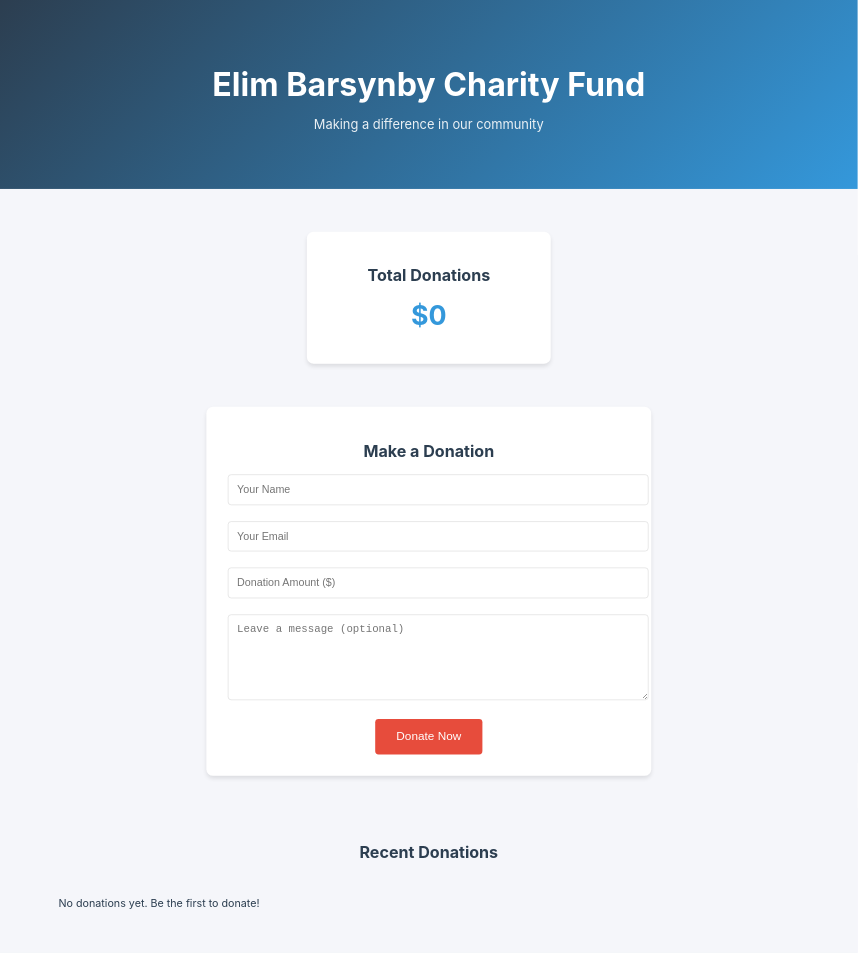
Repository: krmvz/elimbarsynby-
Page: / (app in elim-barsynby-charity/)
An editor plug-in stored every save of this project. The page is shown before and after a run of saves, followed by the edit.
The browser window is 1280 px wide. The pictures show the whole page, at 67% of full size.
The page's requests for data from a server got no answer. The project was rebuilt for these pictures with package versions that can differ from the ones it lists, and the page was loaded fresh each time. No one was signed in, and anything a server would have sent is missing.

Above is the page before, as saved 2025-06-17 17:47:37.

### elim-barsynby-charity/public/index.html
<!DOCTYPE html>
<html lang="en">
  <head>
    <meta charset="utf-8" />
    <link rel="icon" href="%PUBLIC_URL%/favicon.ico" />
    <meta name="viewport" content="width=device-width, initial-scale=1" />
    <meta name="theme-color" content="#2c3e50" />
    <meta
      name="description"
      content="Elim Barsynby Charity Fund - Making a difference in our community through your generous donations"
    />
    <link rel="apple-touch-icon" href="%PUBLIC_URL%/logo192.png" />
    <link rel="manifest" href="%PUBLIC_URL%/manifest.json" />
    <title>Elim Barsynby Charity Fund</title>
  </head>
  <body>
    <noscript>You need to enable JavaScript to run this app.</noscript>
    <div id="root"></div>
  </body>
</html>

### elim-barsynby-charity/src/App.tsx
import React, { useState, useEffect } from 'react';
import './App.css';

interface Donation {
  _id: string;
  donor: string;
  amount: number;
  message?: string;
  date: string;
}

function App() {
  const [donations, setDonations] = useState<Donation[]>([]);
  const [totalDonations, setTotalDonations] = useState<number>(0);
  const [formData, setFormData] = useState({
    donor: '',
    amount: '',
    message: '',
    email: ''
  });

  useEffect(() => {
    fetchDonations();
    fetchTotalDonations();
  }, []);

  const fetchDonations = async () => {
    try {
      const response = await fetch('http://localhost:5000/api/donations');
      if (!response.ok) {
        throw new Error('Failed to fetch donations');
      }
      const data = await response.json();
      setDonations(Array.isArray(data) ? data : []);
    } catch (error) {
      console.error('Error fetching donations:', error);
      setDonations([]);
    }
  };

  const fetchTotalDonations = async () => {
    try {
      const response = await fetch('http://localhost:5000/api/donations/total');
      if (!response.ok) {
        throw new Error('Failed to fetch total donations');
      }
      const data = await response.json();
      setTotalDonations(data.total || 0);
    } catch (error) {
      console.error('Error fetching total donations:', error);
      setTotalDonations(0);
    }
  };

  const handleSubmit = async (e: React.FormEvent) => {
    e.preventDefault();
    try {
      const response = await fetch('http://localhost:5000/api/donations', {
        method: 'POST',
        headers: {
          'Content-Type': 'application/json',
        },
        body: JSON.stringify(formData),
      });
      if (!response.ok) {
        throw new Error('Failed to submit donation');
      }
      setFormData({ donor: '', amount: '', message: '', email: '' });
      fetchDonations();
      fetchTotalDonations();
    } catch (error) {
      console.error('Error submitting donation:', error);
    }
  };

  const handleChange = (e: React.ChangeEvent<HTMLInputElement | HTMLTextAreaElement>) => {
    setFormData({
      ...formData,
      [e.target.name]: e.target.value
    });
  };

  return (
    <div className="App">
      <header className="hero">
        <h1>Elim Barsynby Charity Fund</h1>
        <p>Making a difference in our community</p>
      </header>

      <section className="donation-stats">
        <div className="stat-card">
          <h2>Total Donations</h2>
          <p className="amount">${totalDonations.toLocaleString()}</p>
        </div>
      </section>

      <section className="donation-form">
        <h2>Make a Donation</h2>
        <form onSubmit={handleSubmit}>
          <div className="form-group">
            <input
              type="text"
              name="donor"
              value={formData.donor}
              onChange={handleChange}
              placeholder="Your Name"
              required
            />
          </div>
          <div className="form-group">
            <input
              type="email"
              name="email"
              value={formData.email}
              onChange={handleChange}
              placeholder="Your Email"
              required
            />
          </div>
          <div className="form-group">
            <input
              type="number"
              name="amount"
              value={formData.amount}
              onChange={handleChange}
              placeholder="Donation Amount ($)"
              required
            />
          </div>
          <div className="form-group">
            <textarea
              name="message"
              value={formData.message}
              onChange={handleChange}
              placeholder="Leave a message (optional)"
            />
          </div>
          <button type="submit" className="donate-button">Donate Now</button>
        </form>
      </section>

      <section className="recent-donations">
        <h2>Recent Donations</h2>
        <div className="donations-list">
          {donations && donations.length > 0 ? (
            donations.map((donation) => (
              <div key={donation._id} className="donation-card">
                <h3>{donation.donor}</h3>
                <p className="amount">${donation.amount}</p>
                {donation.message && <p className="message">"{donation.message}"</p>}
                <p className="date">{new Date(donation.date).toLocaleDateString()}</p>
              </div>
            ))
          ) : (
            <p>No donations yet. Be the first to donate!</p>
          )}
        </div>
      </section>
    </div>
  );
}

export default App;

### elim-barsynby-charity/src/App.css
:root {
  --primary-color: #2c3e50;
  --secondary-color: #3498db;
  --accent-color: #e74c3c;
  --background-color: #f5f6fa;
  --text-color: #2c3e50;
  --card-background: #ffffff;
}

.App {
  text-align: center;
  background-color: var(--background-color);
  min-height: 100vh;
  color: var(--text-color);
}

.hero {
  background: linear-gradient(135deg, var(--primary-color), var(--secondary-color));
  color: white;
  padding: 4rem 2rem;
  margin-bottom: 2rem;
}

.hero h1 {
  font-size: 3rem;
  margin-bottom: 1rem;
}

.hero p {
  font-size: 1.2rem;
  opacity: 0.9;
}

.donation-stats {
  padding: 2rem;
  margin-bottom: 2rem;
}

.stat-card {
  background: var(--card-background);
  border-radius: 10px;
  padding: 2rem;
  box-shadow: 0 4px 6px rgba(0, 0, 0, 0.1);
  display: inline-block;
  min-width: 300px;
}

.stat-card .amount {
  font-size: 2.5rem;
  color: var(--secondary-color);
  font-weight: bold;
  margin: 1rem 0;
}

.donation-form {
  max-width: 600px;
  margin: 0 auto 3rem;
  padding: 2rem;
  background: var(--card-background);
  border-radius: 10px;
  box-shadow: 0 4px 6px rgba(0, 0, 0, 0.1);
}

.form-group {
  margin-bottom: 1.5rem;
}

input, textarea {
  width: 100%;
  padding: 0.8rem;
  border: 1px solid #ddd;
  border-radius: 5px;
  font-size: 1rem;
  transition: border-color 0.3s ease;
}

input:focus, textarea:focus {
  outline: none;
  border-color: var(--secondary-color);
}

textarea {
  min-height: 100px;
  resize: vertical;
}

.donate-button {
  background-color: var(--accent-color);
  color: white;
  border: none;
  padding: 1rem 2rem;
  font-size: 1.1rem;
  border-radius: 5px;
  cursor: pointer;
  transition: background-color 0.3s ease;
}

.donate-button:hover {
  background-color: #c0392b;
}

.recent-donations {
  padding: 2rem;
  background: var(--background-color);
}

.donations-list {
  display: grid;
  grid-template-columns: repeat(auto-fill, minmax(280px, 1fr));
  gap: 1.5rem;
  padding: 1rem;
  max-width: 1200px;
  margin: 0 auto;
}

.donation-card {
  background: var(--card-background);
  border-radius: 10px;
  padding: 1.5rem;
  box-shadow: 0 2px 4px rgba(0, 0, 0, 0.1);
  transition: transform 0.3s ease;
}

.donation-card:hover {
  transform: translateY(-5px);
}

.donation-card h3 {
  color: var(--primary-color);
  margin-bottom: 0.5rem;
}

.donation-card .amount {
  font-size: 1.5rem;
  color: var(--secondary-color);
  font-weight: bold;
  margin: 0.5rem 0;
}

.donation-card .message {
  font-style: italic;
  color: #666;
  margin: 0.5rem 0;
}

.donation-card .date {
  font-size: 0.9rem;
  color: #888;
  margin-top: 0.5rem;
}

@media (max-width: 768px) {
  .hero h1 {
    font-size: 2rem;
  }

  .hero p {
    font-size: 1rem;
  }

  .donation-form {
    margin: 1rem;
  }

  .donations-list {
    grid-template-columns: 1fr;
  }
}

### elim-barsynby-charity/src/components/Header.tsx
import React from 'react';

const Header: React.FC = () => {
  return (
    <header className="hero">
      <nav className="nav-container">
        <div className="logo">
          <h1>Elim Barsynby Charity Fund</h1>
        </div>
        <ul className="nav-links">
          <li><a href="#home">Home</a></li>
          <li><a href="#about">About Us</a></li>
          <li><a href="#donate">Donate</a></li>
          <li><a href="#contact">Contact</a></li>
        </ul>
      </nav>
      <div className="hero-content">
        <h2>Making a difference in our community</h2>
        <p>Join us in creating positive change through charitable giving</p>
      </div>
    </header>
  );
};

export default Header;

### elim-barsynby-charity/src/components/Footer.tsx
import React from 'react';

const Footer: React.FC = () => {
  return (
    <footer className="footer">
      <div className="footer-content">
        <div className="footer-section">
          <h3>Contact Us</h3>
          <p>Email: info@elimbarsynby.org</p>
          <p>Phone: (555) 123-4567</p>
          <p>Address: 123 Charity Lane, City, State 12345</p>
        </div>

        <div className="footer-section">
          <h3>Quick Links</h3>
          <ul>
            <li><a href="#about">About Us</a></li>
            <li><a href="#programs">Our Programs</a></li>
            <li><a href="#volunteer">Volunteer</a></li>
            <li><a href="#donate">Donate</a></li>
          </ul>
        </div>

        <div className="footer-section">
          <h3>Follow Us</h3>
          <div className="social-links">
            <a href="https://facebook.com" target="_blank" rel="noopener noreferrer">Facebook</a>
            <a href="https://twitter.com" target="_blank" rel="noopener noreferrer">Twitter</a>
            <a href="https://instagram.com" target="_blank" rel="noopener noreferrer">Instagram</a>
            <a href="https://linkedin.com" target="_blank" rel="noopener noreferrer">LinkedIn</a>
          </div>
        </div>
      </div>

      <div className="footer-bottom">
        <p>&copy; {new Date().getFullYear()} Elim Barsynby Charity Fund. All rights reserved.</p>
      </div>
    </footer>
  );
};

export default Footer;

### elim-barsynby-charity/src/components/styles.css
.nav-container {
  display: flex;
  justify-content: space-between;
  align-items: center;
  padding: 1rem 2rem;
  background: rgba(255, 255, 255, 0.1);
  backdrop-filter: blur(5px);
}

.logo h1 {
  margin: 0;
  font-size: 1.8rem;
  color: white;
}

.nav-links {
  display: flex;
  list-style: none;
  margin: 0;
  padding: 0;
  gap: 2rem;
}

.nav-links a {
  color: white;
  text-decoration: none;
  font-size: 1.1rem;
  transition: color 0.3s ease;
}

.nav-links a:hover {
  color: var(--accent-color);
}

.hero-content {
  padding: 4rem 2rem;
  text-align: center;
}

.hero-content h2 {
  font-size: 2.5rem;
  margin-bottom: 1rem;
  color: white;
}

.hero-content p {
  font-size: 1.2rem;
  color: rgba(255, 255, 255, 0.9);
}

/* Footer Styles */
.footer {
  background-color: var(--primary-color);
  color: white;
  padding: 3rem 0 1rem;
  margin-top: 4rem;
}

.footer-content {
  display: grid;
  grid-template-columns: repeat(auto-fit, minmax(250px, 1fr));
  gap: 2rem;
  max-width: 1200px;
  margin: 0 auto;
  padding: 0 2rem;
}

.footer-section h3 {
  color: white;
  margin-bottom: 1.5rem;
  font-size: 1.3rem;
}

.footer-section p {
  margin: 0.5rem 0;
  color: rgba(255, 255, 255, 0.8);
}

.footer-section ul {
  list-style: none;
  padding: 0;
  margin: 0;
}

.footer-section ul li {
  margin-bottom: 0.8rem;
}

.footer-section a {
  color: rgba(255, 255, 255, 0.8);
  text-decoration: none;
  transition: color 0.3s ease;
}

.footer-section a:hover {
  color: var(--accent-color);
}

.social-links {
  display: flex;
  gap: 1rem;
  flex-wrap: wrap;
}

.social-links a {
  background: rgba(255, 255, 255, 0.1);
  padding: 0.5rem 1rem;
  border-radius: 5px;
  transition: background-color 0.3s ease;
}

.social-links a:hover {
  background: var(--accent-color);
  color: white;
}

.footer-bottom {
  text-align: center;
  margin-top: 3rem;
  padding-top: 1.5rem;
  border-top: 1px solid rgba(255, 255, 255, 0.1);
}

.footer-bottom p {
  color: rgba(255, 255, 255, 0.6);
  font-size: 0.9rem;
}

@media (max-width: 768px) {
  .nav-container {
    flex-direction: column;
    text-align: center;
    padding: 1rem;
  }

  .nav-links {
    margin-top: 1rem;
    flex-wrap: wrap;
    justify-content: center;
    gap: 1rem;
  }

  .hero-content h2 {
    font-size: 2rem;
  }

  .footer-content {
    grid-template-columns: 1fr;
    text-align: center;
  }

  .social-links {
    justify-content: center;
  }
}

Loaded but not shown: elim-barsynby-charity/src/index.tsx (common file); elim-barsynby-charity/src/index.css (common file); elim-barsynby-charity/src/reportWebVitals.ts (common file)

After the next 2 saves:
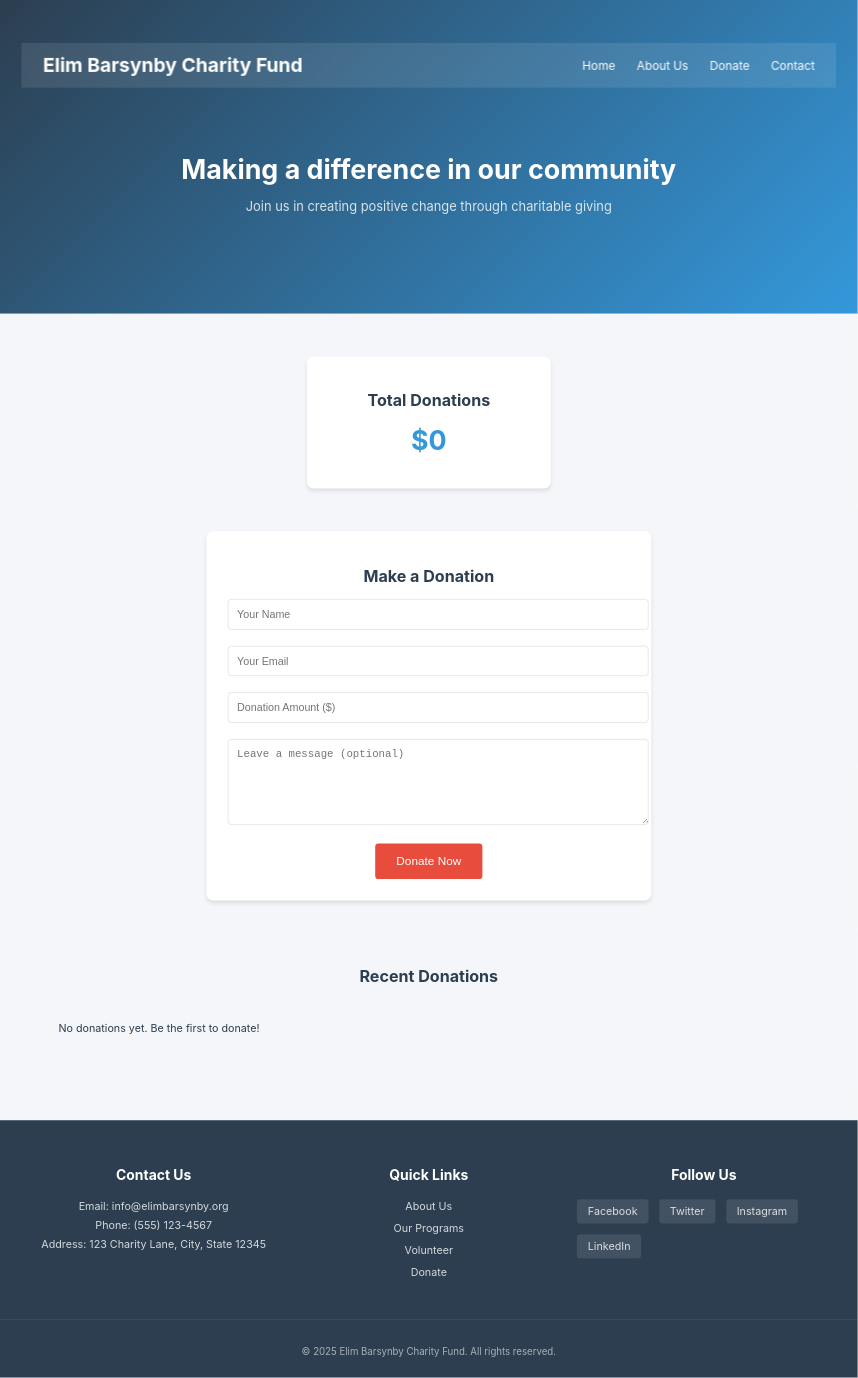
The 2 saves are shown as one change because they came seconds apart.
The last was saved 39 s later.
--- a/elim-barsynby-charity/src/App.tsx
+++ b/elim-barsynby-charity/src/App.tsx
@@ -1,5 +1,8 @@
 import React, { useState, useEffect } from 'react';
+import Header from './components/Header';
+import Footer from './components/Footer';
 import './App.css';
+import './components/styles.css';
 
 interface Donation {
   _id: string;
@@ -82,80 +85,81 @@ function App() {
 
   return (
     <div className="App">
-      <header className="hero">
-        <h1>Elim Barsynby Charity Fund</h1>
-        <p>Making a difference in our community</p>
-      </header>
+      <Header />
 
-      <section className="donation-stats">
-        <div className="stat-card">
-          <h2>Total Donations</h2>
-          <p className="amount">${totalDonations.toLocaleString()}</p>
-        </div>
-      </section>
+      <main className="main-content">
+        <section className="donation-stats">
+          <div className="stat-card">
+            <h2>Total Donations</h2>
+            <p className="amount">${totalDonations.toLocaleString()}</p>
+          </div>
+        </section>
 
-      <section className="donation-form">
-        <h2>Make a Donation</h2>
-        <form onSubmit={handleSubmit}>
-          <div className="form-group">
-            <input
-              type="text"
-              name="donor"
-              value={formData.donor}
-              onChange={handleChange}
-              placeholder="Your Name"
-              required
-            />
+        <section className="donation-form" id="donate">
+          <h2>Make a Donation</h2>
+          <form onSubmit={handleSubmit}>
+            <div className="form-group">
+              <input
+                type="text"
+                name="donor"
+                value={formData.donor}
+                onChange={handleChange}
+                placeholder="Your Name"
+                required
+              />
+            </div>
+            <div className="form-group">
+              <input
+                type="email"
+                name="email"
+                value={formData.email}
+                onChange={handleChange}
+                placeholder="Your Email"
+                required
+              />
+            </div>
+            <div className="form-group">
+              <input
+                type="number"
+                name="amount"
+                value={formData.amount}
+                onChange={handleChange}
+                placeholder="Donation Amount ($)"
+                required
+              />
+            </div>
+            <div className="form-group">
+              <textarea
+                name="message"
+                value={formData.message}
+                onChange={handleChange}
+                placeholder="Leave a message (optional)"
+              />
+            </div>
+            <button type="submit" className="donate-button">Donate Now</button>
+          </form>
+        </section>
+
+        <section className="recent-donations">
+          <h2>Recent Donations</h2>
+          <div className="donations-list">
+            {donations && donations.length > 0 ? (
+              donations.map((donation) => (
+                <div key={donation._id} className="donation-card">
+                  <h3>{donation.donor}</h3>
+                  <p className="amount">${donation.amount}</p>
+                  {donation.message && <p className="message">"{donation.message}"</p>}
+                  <p className="date">{new Date(donation.date).toLocaleDateString()}</p>
+                </div>
+              ))
+            ) : (
+              <p>No donations yet. Be the first to donate!</p>
+            )}
           </div>
-          <div className="form-group">
-            <input
-              type="email"
-              name="email"
-              value={formData.email}
-              onChange={handleChange}
-              placeholder="Your Email"
-              required
-            />
-          </div>
-          <div className="form-group">
-            <input
-              type="number"
-              name="amount"
-              value={formData.amount}
-              onChange={handleChange}
-              placeholder="Donation Amount ($)"
-              required
-            />
-          </div>
-          <div className="form-group">
-            <textarea
-              name="message"
-              value={formData.message}
-              onChange={handleChange}
-              placeholder="Leave a message (optional)"
-            />
-          </div>
-          <button type="submit" className="donate-button">Donate Now</button>
-        </form>
-      </section>
+        </section>
+      </main>
 
-      <section className="recent-donations">
-        <h2>Recent Donations</h2>
-        <div className="donations-list">
-          {donations && donations.length > 0 ? (
-            donations.map((donation) => (
-              <div key={donation._id} className="donation-card">
-                <h3>{donation.donor}</h3>
-                <p className="amount">${donation.amount}</p>
-                {donation.message && <p className="message">"{donation.message}"</p>}
-                <p className="date">{new Date(donation.date).toLocaleDateString()}</p>
-              </div>
-            ))
-          ) : (
-            <p>No donations yet. Be the first to donate!</p>
-          )}
-        </div>
-      </section>
+      <Footer />
     </div>
   );
 }
